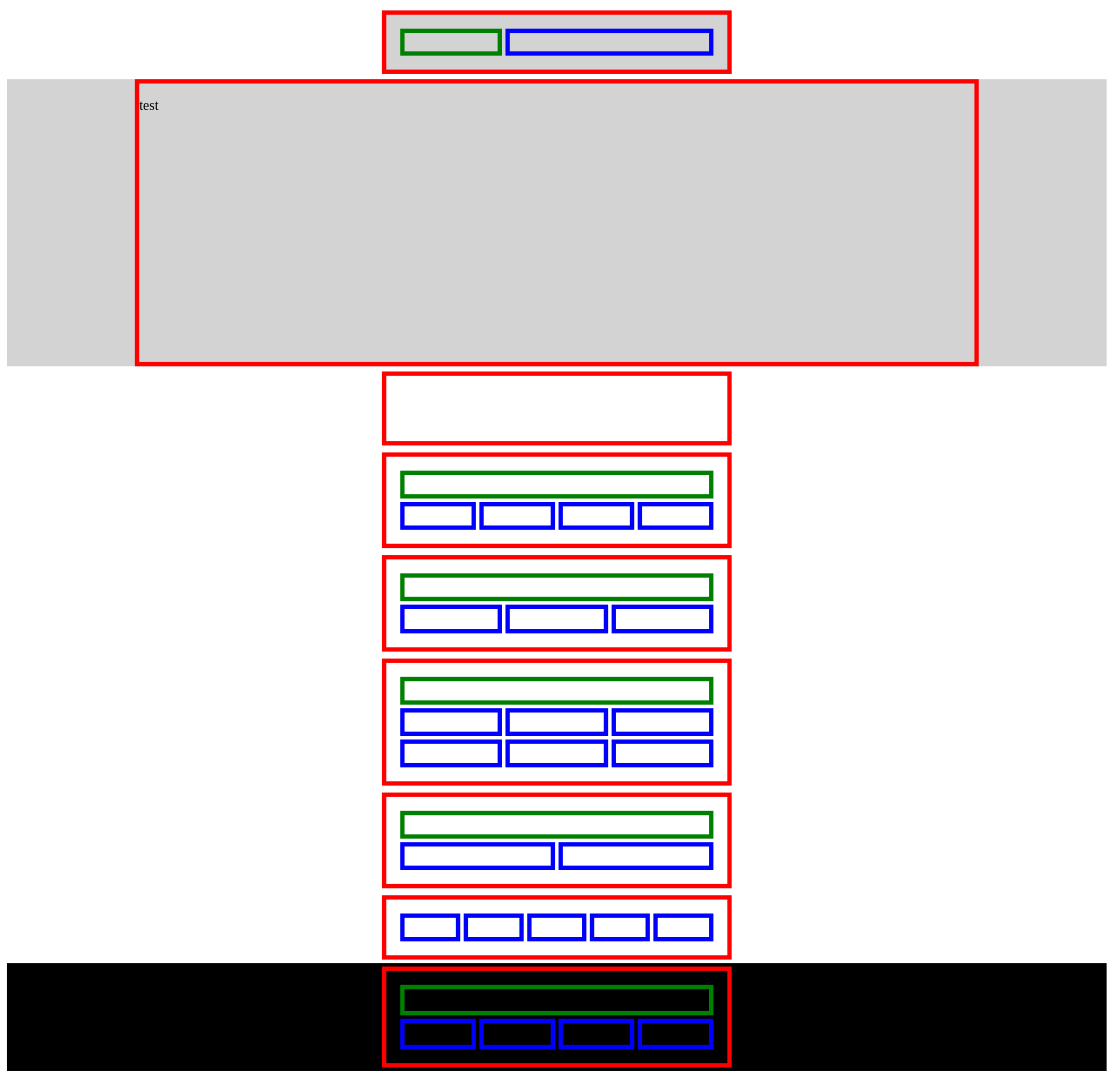
Repository: anderscederberg11/LAB2BG
Page: index.html
The author's editor kept a copy of each file at every save. The page is drawn from the files as they stood at one save, then again after the next save.
The browser window is 1280 px wide. The pictures show the whole page, at 87% of full size.

Above is the page before, as saved 2024-01-30 22:57:59.

### index.html
<!doctype html>
<html class="no-js" lang="en">

<head>
  <meta charset="utf-8">
  <meta name="viewport" content="width=device-width, initial-scale=1">
  <title>Sebastians Wonderful Website</title>
  <link rel="stylesheet" href="css/style.css">
  <meta name="description" content="sebastians website">
  <meta property="og:title" content="Sebastians Wonderful Website">
  <meta property="og:type" content="website">
  <meta property="og:url" content="https://www.SebastianWebsite.com">
  <!--<meta property="og:image" content=""> -->

  <link rel="icon" href="/favicon.ico" sizes="any">
  <link rel="icon" href="/icon.svg" type="image/svg+xml">
  <link rel="apple-touch-icon" href="icon.png">

</head>
    <body class="displayContainer">

        <header class="headerContainer">
            <div class="headerTitleContainer">
                <h1 class="title"></h1>
            </div>
            <div class="headerImageContainer"></div>
        </header>

        <div class="sectionOne">
            <div class="sectionOneImage">
                <div class="sectionOneList">
                    <p>test</p>
                </div>
                <!-- image -->
            </div>
        </div>

        <div class="sectionTwo">
            <h1 class="title"></h1>
        </div>

        <div class="sectionThree">
            <div class="headerSectionThree">
                <h2 class="secondHeader"></h2>
                <h5 class="subHeader"></h5>
            </div>
            <div class="card"></div>
            <div class="card"></div>
            <div class="card"></div>
            <div class="card"></div>
        </div>

        <div class="sectionFour">
            <div class="headerSectionFour">
                <h2 class="secondHeader"></h2>
                <h5 class="subHeader"></h5>
            </div>
            <div class="card-special"></div>
            <div class="card"></div>
            <div class="card"></div>
        </div>

        <div class="sectionFive">
            <div class="headerSectionFive">
                <h2 class="secondHeader"></h2>
                <h5 class="subHeader"></h5>
            </div>
            <div class="card"></div>
            <div class="card"></div>
            <div class="card"></div>
            <div class="card"></div>
            <div class="card"></div>
            <div class="card"></div>
        </div>

        <div class="sectionSix">
            <div class="headerSectionSix">
                <h2 class="secondHeader"></h2>
                <h5 class="subHeader"></h5>
            </div>
            <div class="card-special"></div>
            <div class="card-special"></div>
        </div>

        <div class="sectionSeven">
            <div class="card"></div>
            <div class="card"></div>
            <div class="card"></div>
            <div class="card"></div>
            <div class="card"></div>
        </div>

        <footer class="footerContainer">
            <div class="sectionFooter">
                <div class="footerInfo"><h6></h6></div>
                <div class="footerInfoCard"><h4></h4></div>
                <div class="footerInfoCard"><h4></h4></div>
                <div class="footerInfoCard"><h4></h4></div>
                <div class="footerInfoCard"><h4></h4></div>
            </div>
        </footer>

    </body>
</html>

### css/style.css
.displayContainer{
  display:flex;
  flex-direction: column;
  align-items: center;
}

.card, .card-special {
  border: 5px solid blue;
}

.headerContainer{
  grid-template-columns: repeat(3, 1fr);
  background-color: lightgrey;
}

.headerTitleContainer{
  border: 5px solid green;
}

.headerImageContainer{
  grid-column: 2/4;
  border: 5px solid blue;
}

.sectionOne{
  display:flex;
  flex-direction: column;
  align-items: center;
  background-color: lightgrey;
  width:100%;
  border:none;
  margin:0.25vh;
}

.sectionOneList{

}

.sectionOneImage{
  width:60em;
  height:20em;
  border: 5px solid red;
}

.headerContainer, .sectionTwo, .sectionThree, .sectionFour, .sectionFive, .sectionSix, .sectionSeven, .sectionFooter{
  display:grid;
  width:50vh;
  grid-gap:0.25em;
  padding:1em;
  margin:0.25em;
  border: 5px solid red;
}
.headerSectionThree, .headerSectionFour, .headerSectionFive, .headerSectionSix, .footerInfo{
  border: 5px solid green;
}

.sectionThree, .sectionFooter{
  grid-template-columns: repeat(4, 1fr);
  grid-template-rows: repeat(2, 1fr);
}

.headerSectionThree, .footerInfo{
  grid-column: span 4;
}

.sectionFour{
  grid-template-columns: repeat(3, 1fr);
  grid-template-rows: repeat(2, 1fr);
}

.headerSectionFour{
  grid-column: span 3;
}

.sectionFive{
  grid-template-columns: repeat(3, 1fr);
  grid-template-rows: repeat(3, 1fr);
}

.headerSectionFive{
  grid-column: span 3;
}

.sectionSix{
  grid-template-columns: repeat(2, 1fr);
  grid-template-rows: repeat(2, 1fr);
}

.headerSectionSix{
  grid-column: span 2;
}

.sectionSeven{
  grid-template-columns: repeat(5, 1fr);
  height:31.51px; /*REMOVE*/
}

.footerContainer{
  display:flex;
  flex-direction: column;
  align-items: center;
  width:100%;
  background-color: black;
}

.sectionFooter{

}

.footerInfo{

}

.footerInfoCard{
  border: 5px solid blue;
}

@media screen and (max-width: 40em) {
  .sectionThree, .sectionFour, .sectionFooter, .sectionFive{
    grid-template-columns: repeat(2, 1fr);
    grid-template-rows: repeat(3, 1fr);
  }

  .headerSectionThree, .footerInfo, .headerSectionFour, .sectionFour .card-special, .headerSectionFive {
    grid-column: span 2;
  }

  .sectionFive{
    grid-template-rows: repeat(4, 1fr);
  }

  .sectionSix{
    grid-template-columns: repeat(1, 1fr);
    grid-template-rows: repeat(3, 1fr);
  }

  .headerSectionSix{
    grid-column: span 1;
  }

}

After the next save:
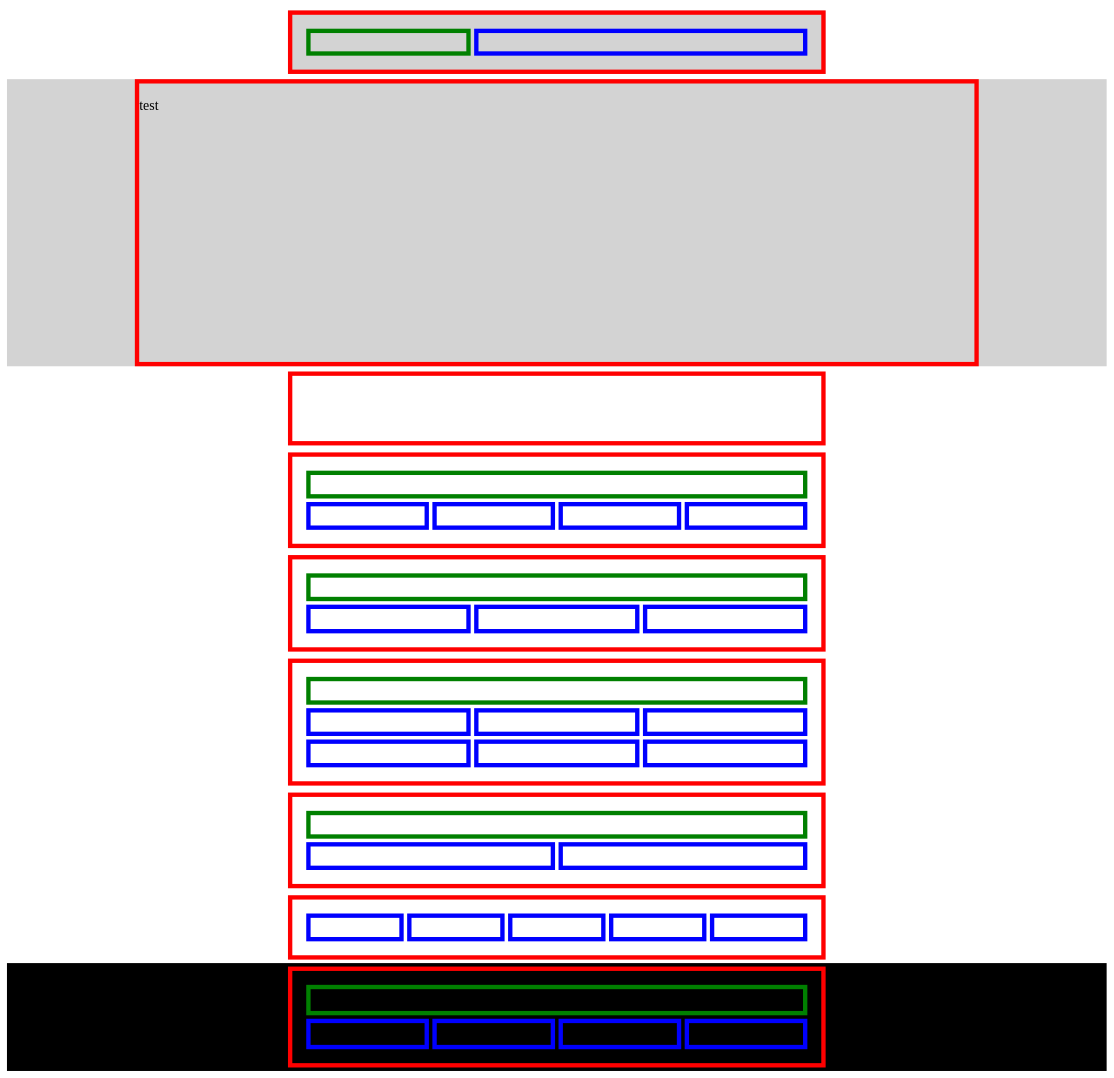
Saved 7 s later.
--- a/css/style.css
+++ b/css/style.css
@@ -44,7 +44,7 @@
 
 .headerContainer, .sectionTwo, .sectionThree, .sectionFour, .sectionFive, .sectionSix, .sectionSeven, .sectionFooter{
   display:grid;
-  width:50vh;
+  width:80vh;
   grid-gap:0.25em;
   padding:1em;
   margin:0.25em;
